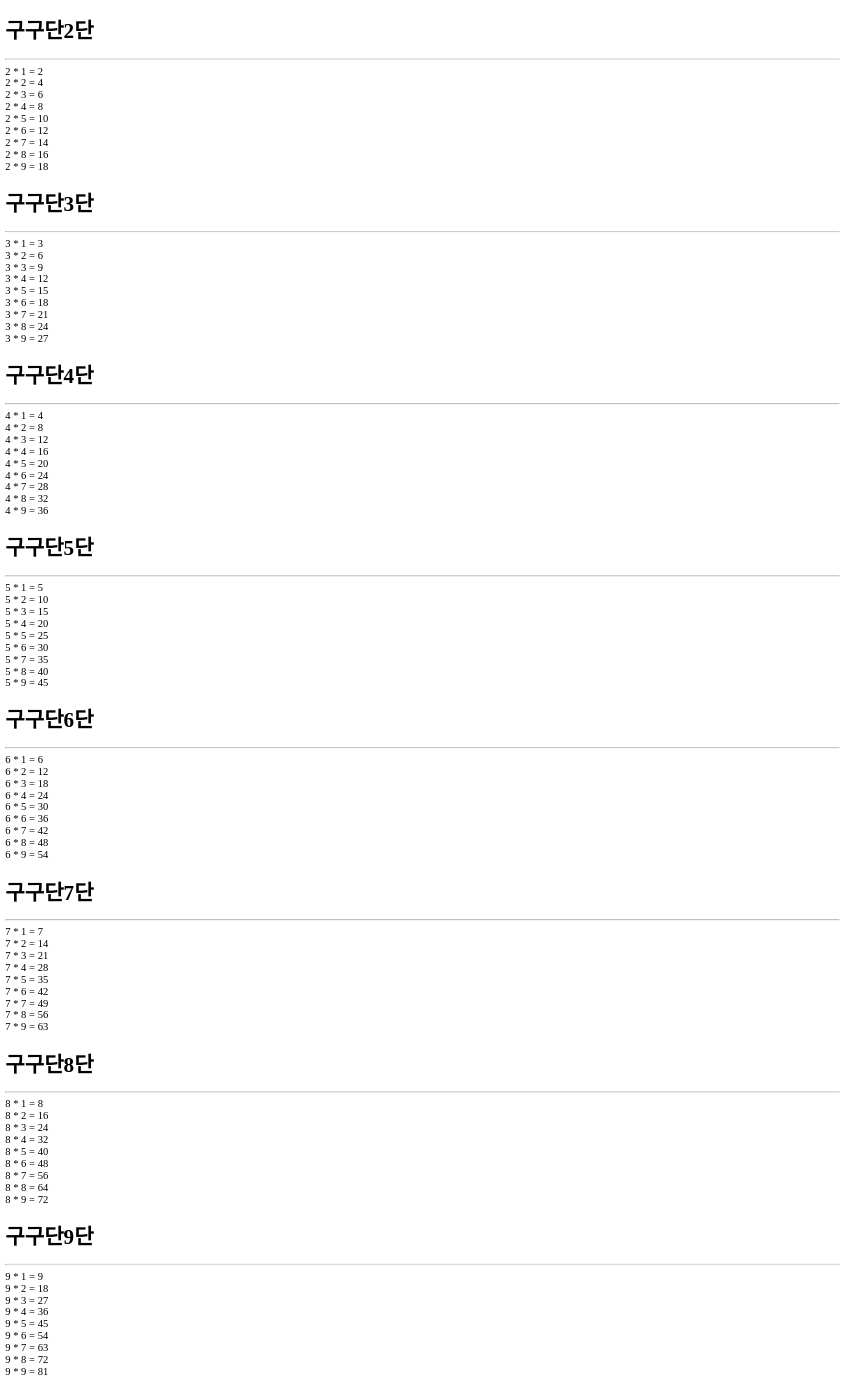
Repository: GITJIWOO/JavaBasic
Page: http://localhost/JSPBasic/gugudan.jsp
These files come from the project's save history. The page is drawn as it stood at one moment and after the next save; the edit follows.
The browser window is 1280 px wide. The pictures show the whole page, at 66% of full size.
The page is served by Tomcat 9.

Above is the page before, as saved 2021-07-29 03:40:00.

After the next save:
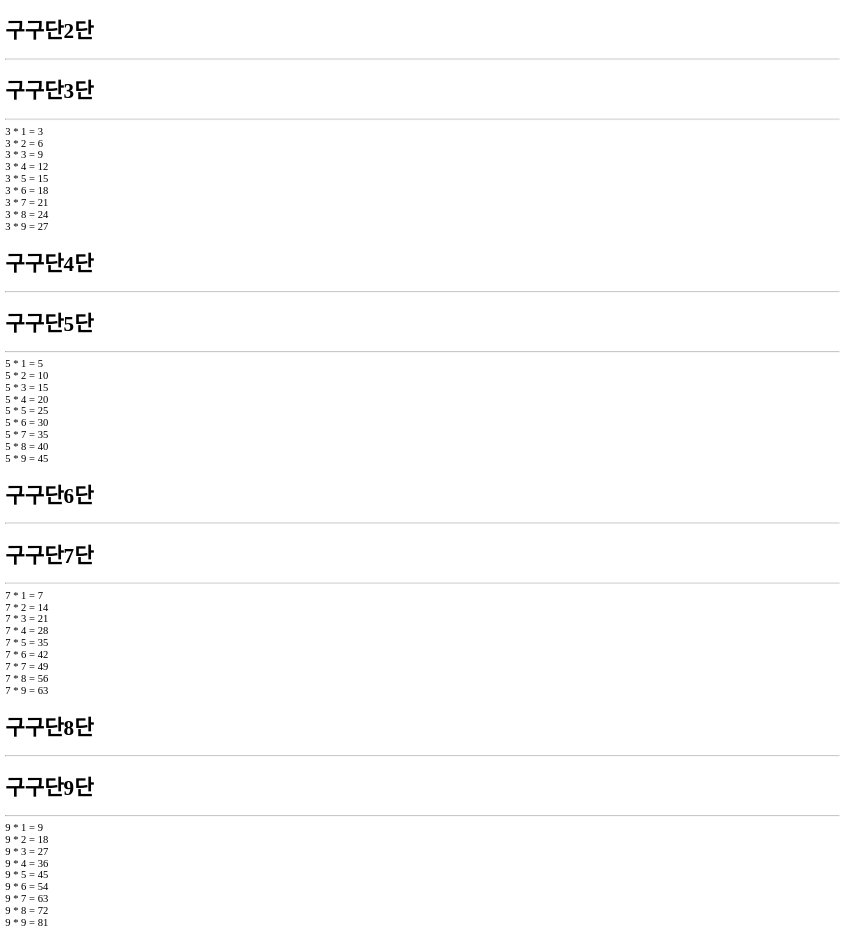
Saved 4 min 5 s later.
--- a/JSPBasic/WebContent/gugudan.jsp
+++ b/JSPBasic/WebContent/gugudan.jsp
@@ -11,7 +11,11 @@
 	for(int i = 2; i <= 9; i++) {
 		out.println("<h1>구구단" + i +"단</h1><hr/>");
 		for(int j = 1; j <= 9; j++) {
-			out.println(i + " * " + j + " = " + (j * i) + "<br/>");
+			if(i % 2 == 0){
+				continue;
+			} else {
+				out.println(i + " * " + j + " = " + (j * i) + "<br/>");
+			}
 		}
 	}
 	%>
